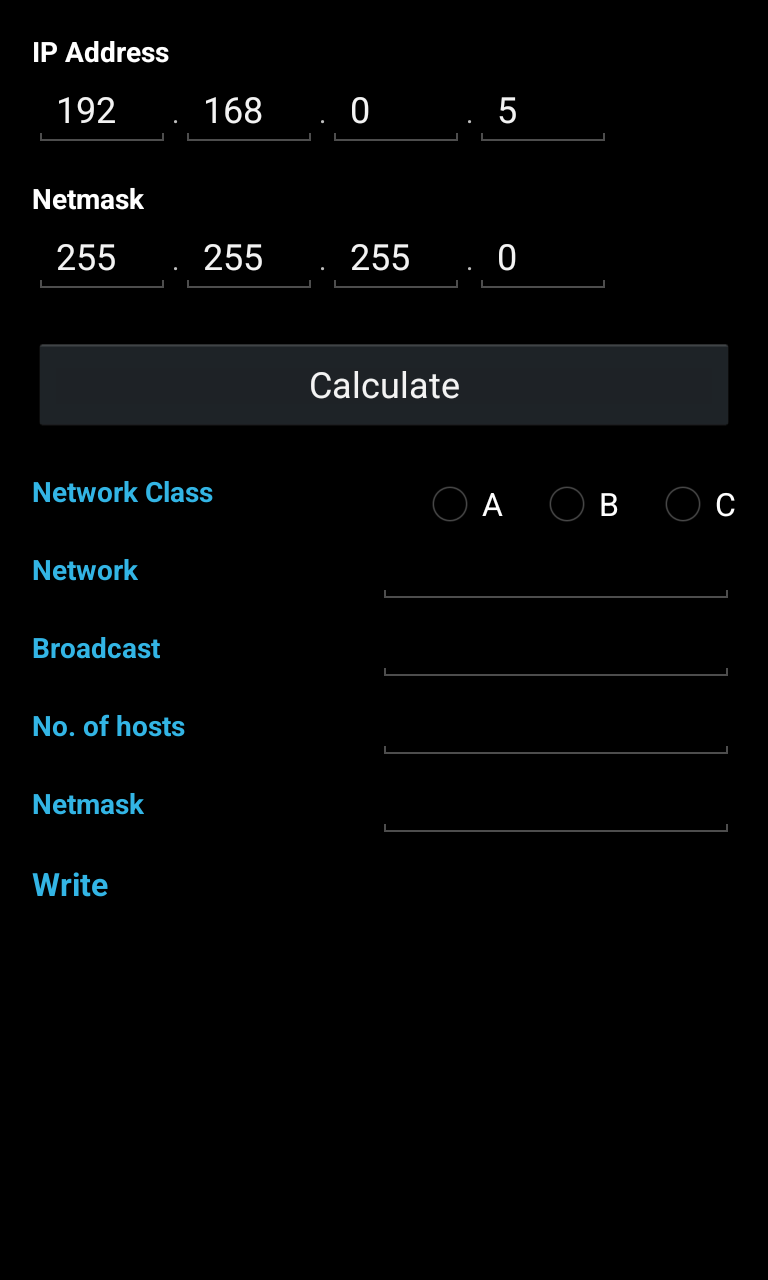
Repository: bighost/Simple-Subnetting
Layout: Android/SimpleSubnet/res/layout/activity_main.xml
An editor plug-in stored every save of this project. The layout is shown before and after a run of saves, followed by the edit.
It is drawn on a 768 x 1280 px phone screen (xhdpi) without system bars, with theme android:Theme.Holo; the app's code is not run.

Above is the layout before, as saved 2014-01-14 19:14:22.

After the next 3 saves:
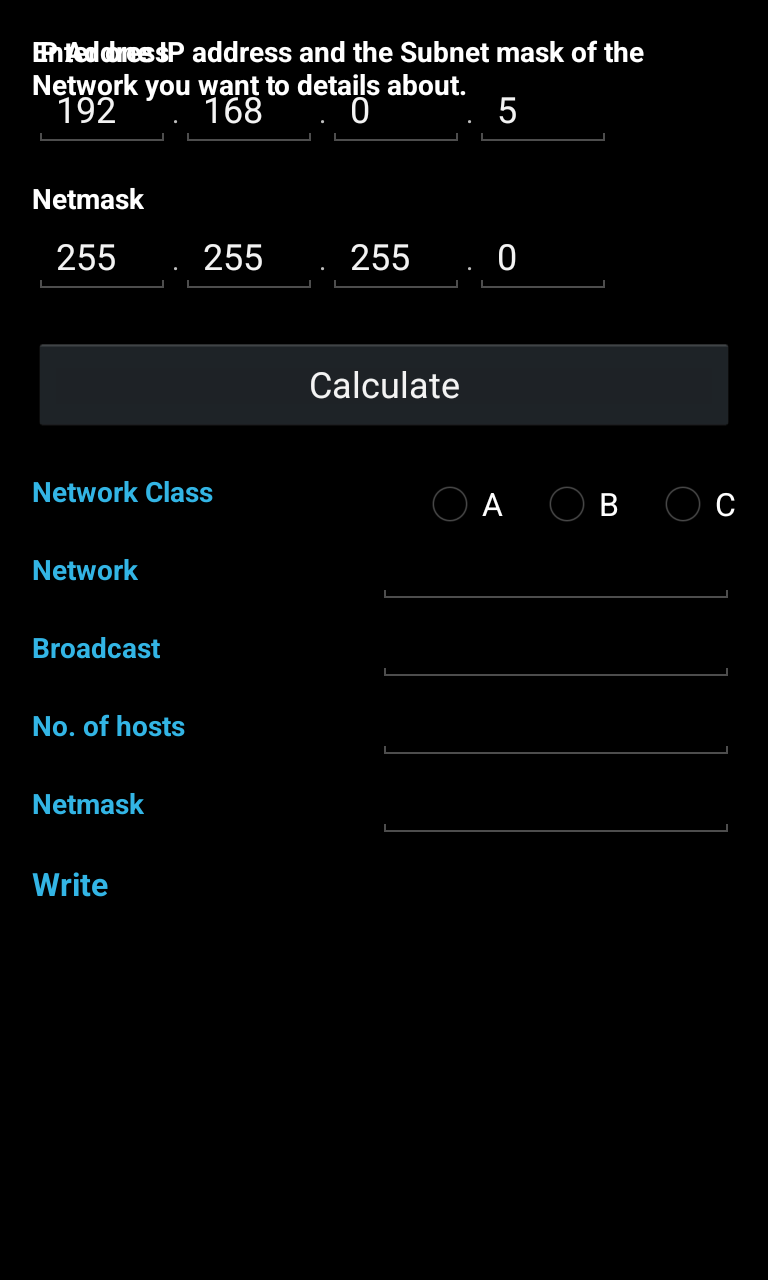
The 3 saves are shown as one change because they came seconds apart.
The last was saved 100 s later.
--- a/Android/SimpleSubnet/res/layout/activity_main.xml
+++ b/Android/SimpleSubnet/res/layout/activity_main.xml
@@ -18,6 +18,18 @@
             android:layout_width="match_parent"
    			android:layout_height="match_parent"
             >
+
+		    <TextView
+		        android:id="@+id/text_view_ip_address"
+		        android:layout_width="wrap_content"
+		        android:layout_height="wrap_content"
+		        android:layout_alignParentTop="true"
+		        android:text="Enter one IP address and the Subnet mask of the Network you want to details about."
+		        android:textAppearance="?android:attr/textAppearanceSmall"
+		        android:textColor="@color/white"
+		        android:textStyle="bold"
+		        />
+
 		    <TextView
 		        android:id="@+id/text_view_ip_address"
 		        android:layout_width="wrap_content"
